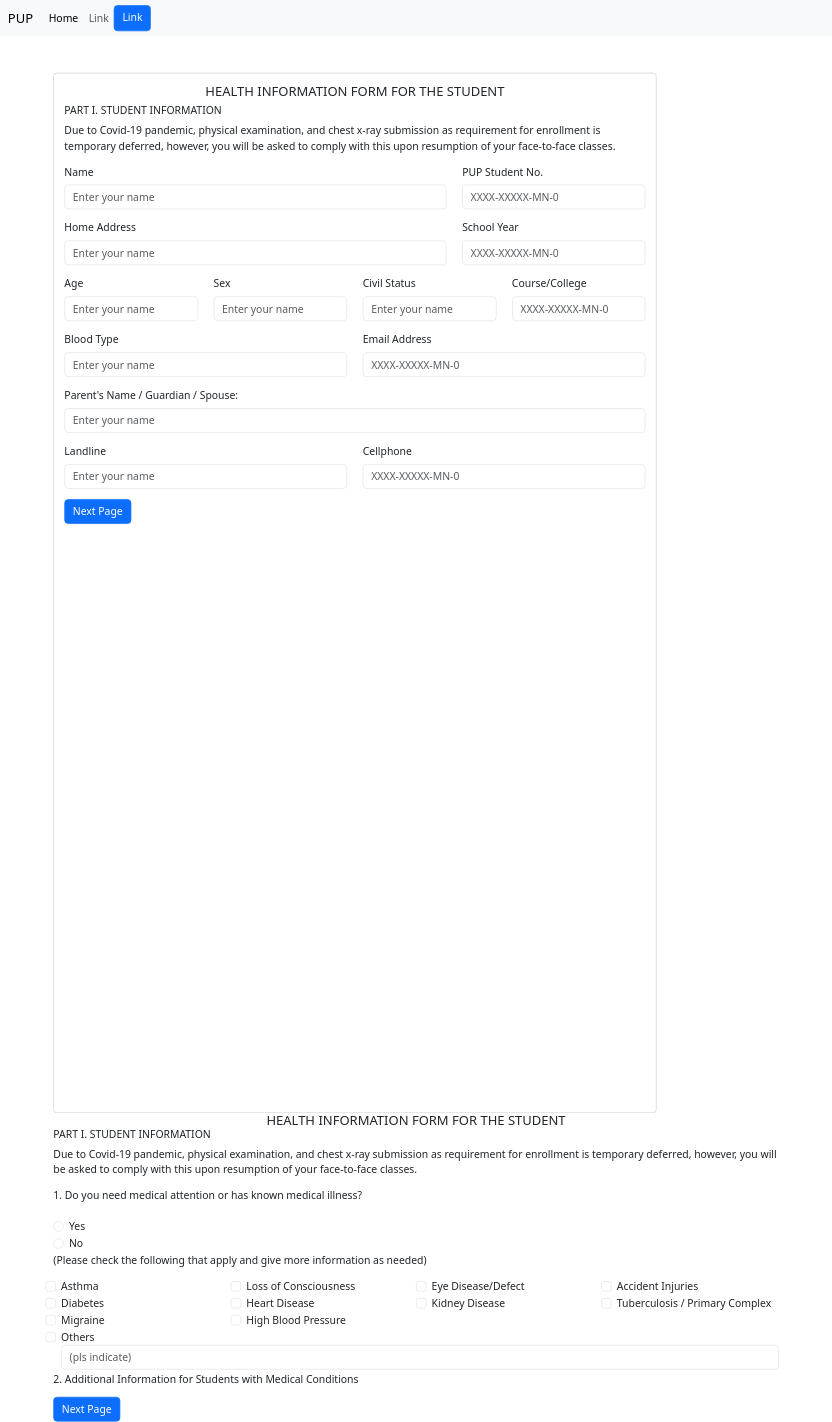
Repository: Nicktacku/webdev
Page: form.html
These files come from the project's save history. The page is drawn as it stood at one moment and after the next save; the edit follows.
The browser window is 1280 px wide. The pictures show the whole page, at 65% of full size.

Above is the page before, as saved 2024-07-15 18:51:05.

### form.html
<!DOCTYPE html>
<html lang="en">
  <head>
    <meta charset="UTF-8" />
    <meta name="viewport" content="width=device-width, initial-scale=1.0" />
    <title>Document</title>
    <link
      href="https://cdn.jsdelivr.net/npm/bootstrap@5.3.3/dist/css/bootstrap.min.css"
      rel="stylesheet"
      integrity="sha384-QWTKZyjpPEjISv5WaRU9OFeRpok6YctnYmDr5pNlyT2bRjXh0JMhjY6hW+ALEwIH"
      crossorigin="anonymous"
    />
  </head>
  <body>
    <!-- Navbar -->
    <nav class="navbar navbar-expand-lg bg-body-tertiary">
        <div class="container-fluid">
          <a class="navbar-brand" href="#">PUP</a>
          <button
            class="navbar-toggler"
            type="button"
            data-bs-toggle="collapse"
            data-bs-target="#navbarSupportedContent"
            aria-controls="navbarSupportedContent"
            aria-expanded="false"
            aria-label="Toggle navigation"
          >
            <span class="navbar-toggler-icon"></span>
          </button>
          <div class="collapse navbar-collapse" id="navbarSupportedContent">
            <ul class="navbar-nav me-auto mb-2 mb-lg-0">
              <li class="nav-item">
                <a class="nav-link active" aria-current="page" href="#">Home</a>
              </li>
              <li class="nav-item">
                <a class="nav-link" href="#">Link</a>
              </li>

              <a class="btn btn-primary" href="form.html" role="button">Link</a>
          </div>
        </div>
      </nav>

    <div
      class="container mt-2 pt-5"
    >


    <div class="card" style="width: 58rem; height: 100rem">

        <!-- section 1 -->
        <div class="card-body" id="section-1">
          <h5 class="card-title d-flex justify-content-center">HEALTH INFORMATION FORM FOR THE STUDENT</h5>
          <h6 class="card-text">PART I. STUDENT INFORMATION</h6>
          <p class="card-text">Due to Covid-19 pandemic, physical examination, and chest x-ray submission as requirement for enrollment is
            temporary deferred, however, you will be asked to comply with this upon resumption of your face-to-face classes.</p>

            <div class="row">
                <div class="col-8">
                    <div class="mb-3">
                        <label for="name" class="form-label">Name</label>
                        <input type="text" class="form-control" id="name-input" placeholder="Enter your name">
                      </div>
                </div>
                <div class="col">
                    <div class="mb-3">
                        <label for="name" class="form-label">PUP Student No.</label>
                        <input type="text" class="form-control" id="name-input" placeholder="XXXX-XXXXX-MN-0">
                      </div>
                </div>
            </div>

            <div class="row">
                <div class="col-8">
                    <div class="mb-3">
                        <label for="name" class="form-label">Home Address</label>
                        <input type="text" class="form-control" id="name-input" placeholder="Enter your name">
                      </div>
                </div>
                <div class="col">
                    <div class="mb-3">
                        <label for="name" class="form-label">School Year</label>
                        <input type="text" class="form-control" id="name-input" placeholder="XXXX-XXXXX-MN-0">
                      </div>
                </div>
            </div>

            <div class="row">
                <div class="col-3">
                    <div class="mb-3">
                        <label for="name" class="form-label">Age</label>
                        <input type="text" class="form-control" id="name-input" placeholder="Enter your name">
                      </div>
                </div>
                <div class="col-3">
                    <div class="mb-3">
                        <label for="name" class="form-label">Sex</label>
                        <input type="text" class="form-control" id="name-input" placeholder="Enter your name">
                      </div>
                </div>
                <div class="col-3">
                    <div class="mb-3">
                        <label for="name" class="form-label">Civil Status</label>
                        <input type="text" class="form-control" id="name-input" placeholder="Enter your name">
                      </div>
                </div>
                <div class="col">
                    <div class="mb-3">
                        <label for="name" class="form-label">Course/College</label>
                        <input type="text" class="form-control" id="name-input" placeholder="XXXX-XXXXX-MN-0">
                      </div>
                </div>
            </div>

            <div class="row">
                <div class="col-6">
                    <div class="mb-3">
                        <label for="name" class="form-label">Blood Type</label>
                        <input type="text" class="form-control" id="name-input" placeholder="Enter your name">
                      </div>
                </div>
                <div class="col">
                    <div class="mb-3">
                        <label for="name" class="form-label">Email Address</label>
                        <input type="text" class="form-control" id="name-input" placeholder="XXXX-XXXXX-MN-0">
                      </div>
                </div>
            </div>

            <div class="row">
                <div class="col">
                    <div class="mb-3">
                        <label for="name" class="form-label">Parent's Name / Guardian / Spouse:</label>
                        <input type="text" class="form-control" id="name-input" placeholder="Enter your name">
                      </div>
                </div>
            </div>

            <div class="row">
                <div class="col-6">
                    <div class="mb-3">
                        <label for="name" class="form-label">Landline</label>
                        <input type="text" class="form-control" id="name-input" placeholder="Enter your name">
                      </div>
                </div>
                <div class="col">
                    <div class="mb-3">
                        <label for="name" class="form-label">Cellphone</label>
                        <input type="text" class="form-control" id="name-input" placeholder="XXXX-XXXXX-MN-0">
                      </div>
                </div>
            </div>

          <a href="#" class="btn btn-primary">Next Page</a>
        </div>
      </div>

      <!-- Section 2 -->
      <div class="card-body" id="section-2">
        <h5 class="card-title d-flex justify-content-center">HEALTH INFORMATION FORM FOR THE STUDENT</h5>
        <h6 class="card-text">PART I. STUDENT INFORMATION</h6>
        <p class="card-text">Due to Covid-19 pandemic, physical examination, and chest x-ray submission as requirement for enrollment is
          temporary deferred, however, you will be asked to comply with this upon resumption of your face-to-face classes.</p>

          <div class="row">
            <div class="col-12">
                <div class="mb-3">
                    <label for="name" class="form-label">1. Do you need medical attention or has known medical illness?</label>
                </div>
                <div class="form-check">
                    <input class="form-check-input" type="radio" name="flexRadioDefault" id="flexRadioDefault1">
                    <label class="form-check-label" for="flexRadioDefault1">
                      Yes
                    </label>
                  </div>
                  <div class="form-check">
                    <input class="form-check-input" type="radio" name="flexRadioDefault" id="flexRadioDefault2">
                    <label class="form-check-label" for="flexRadioDefault2">
                      No
                    </label>
                  </div>

                  <div class="row">
                    <p class="col-12">(Please check the following that apply and give more information as needed)</p>
                    <div class="form-check col-3">
                        <input class="form-check-input" type="checkbox" value="" id="flexCheckDefault">
                        <label class="form-check-label" for="flexCheckDefault">
                          Asthma
                    </label>
                    </div>
                    <div class="form-check col-3">
                        <input class="form-check-input" type="checkbox" value="" id="flexCheckDefault">
                        <label class="form-check-label" for="flexCheckDefault">
                            Loss of Consciousness
                    </label>
                    </div>
                    <div class="form-check col-3">
                        <input class="form-check-input" type="checkbox" value="" id="flexCheckDefault">
                        <label class="form-check-label" for="flexCheckDefault">
                            Eye Disease/Defect
                    </label>
                    </div>
                    <div class="form-check col-3">
                        <input class="form-check-input" type="checkbox" value="" id="flexCheckDefault">
                        <label class="form-check-label" for="flexCheckDefault">
                            Accident Injuries
                    </label>
                    </div>
                    <div class="form-check col-3">
                        <input class="form-check-input" type="checkbox" value="" id="flexCheckDefault">
                        <label class="form-check-label" for="flexCheckDefault">
                            Diabetes
                    </label>
                    </div>
                    <div class="form-check col-3">
                        <input class="form-check-input" type="checkbox" value="" id="flexCheckDefault">
                        <label class="form-check-label" for="flexCheckDefault">
                            Heart Disease
                    </label>
                    </div>
                    <div class="form-check col-3">
                        <input class="form-check-input" type="checkbox" value="" id="flexCheckDefault">
                        <label class="form-check-label" for="flexCheckDefault">
                            Kidney Disease
                    </label>
                    </div>
                    <div class="form-check col-3">
                        <input class="form-check-input" type="checkbox" value="" id="flexCheckDefault">
                        <label class="form-check-label" for="flexCheckDefault">
                            Tuberculosis / Primary Complex
                    </label>
                    </div>
                    <div class="form-check col-3">
                        <input class="form-check-input" type="checkbox" value="" id="flexCheckDefault">
                        <label class="form-check-label" for="flexCheckDefault">
                            Migraine
                    </label>
                    </div>
                    <div class="form-check col-3">
                        <input class="form-check-input" type="checkbox" value="" id="flexCheckDefault">
                        <label class="form-check-label" for="flexCheckDefault">
                            High Blood Pressure
                    </label>
                    </div>
                    <div class="form-check col-12">
                        <input class="form-check-input" type="checkbox" value="" id="flexCheckDefault">
                        <label class="form-check-label" for="flexCheckDefault">
                            Others
                        </label>
                        <input type="text" class="form-control" id="name-input" placeholder="(pls indicate)">
                    </div>
                  </div>
            </div>
            <div class="col">
                <p>2. Additional Information for Students with Medical Conditions</p>
            </div>
          </div>

        <a href="#" class="btn btn-primary">Next Page</a>
      </div>
    </div>


    <script
      src="https://cdn.jsdelivr.net/npm/bootstrap@5.3.3/dist/js/bootstrap.bundle.min.js"
      integrity="sha384-YvpcrYf0tY3lHB60NNkmXc5s9fDVZLESaAA55NDzOxhy9GkcIdslK1eN7N6jIeHz"
      crossorigin="anonymous"
    ></script>
  </body>
</html>

After the next save:
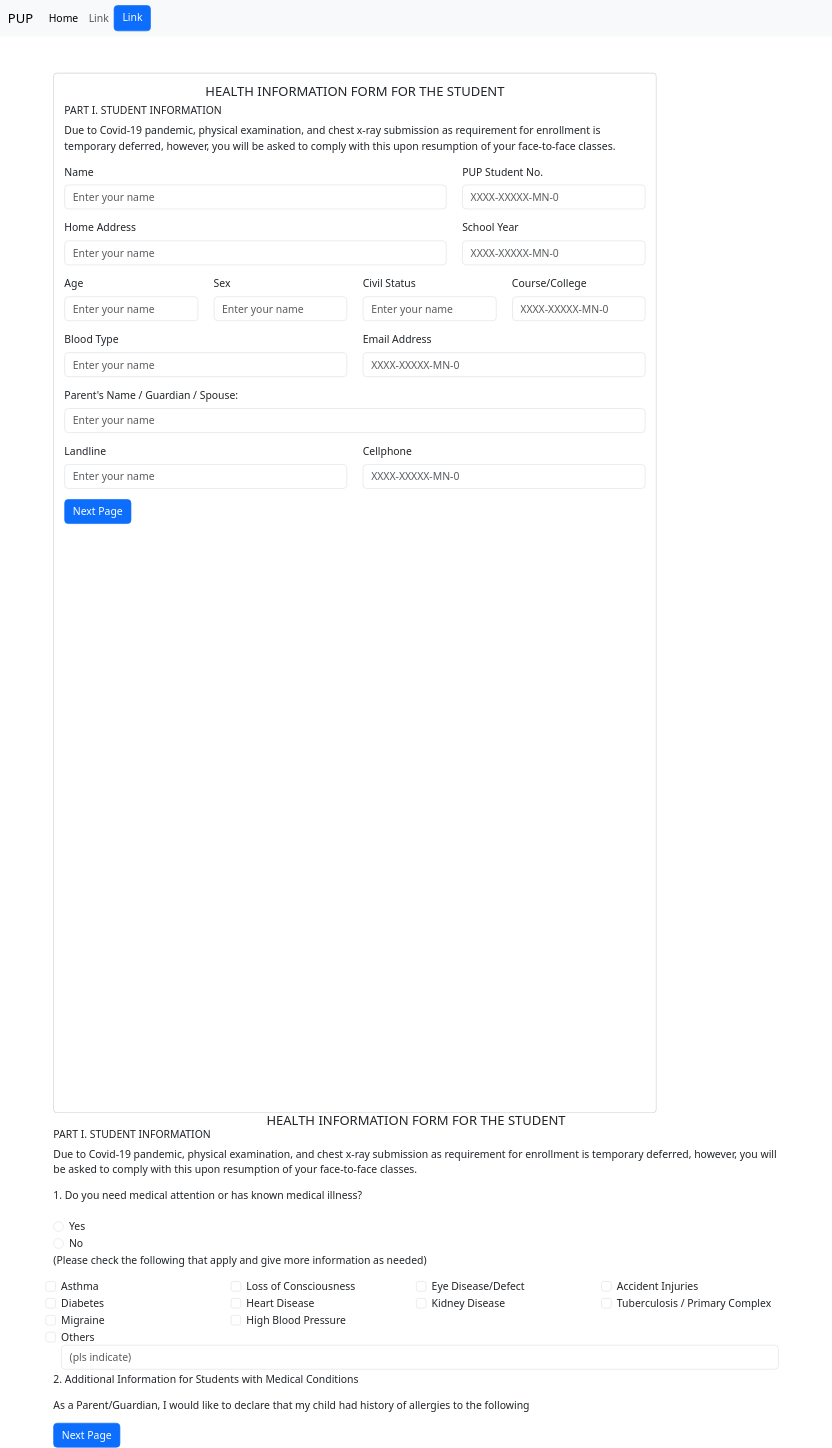
Saved 32 s later.
--- a/form.html
+++ b/form.html
@@ -253,6 +253,7 @@
             </div>
             <div class="col">
                 <p>2. Additional Information for Students with Medical Conditions</p>
+                <p>As a Parent/Guardian, I would like to declare that my child had history of allergies to the following</p>
             </div>
           </div>
 
